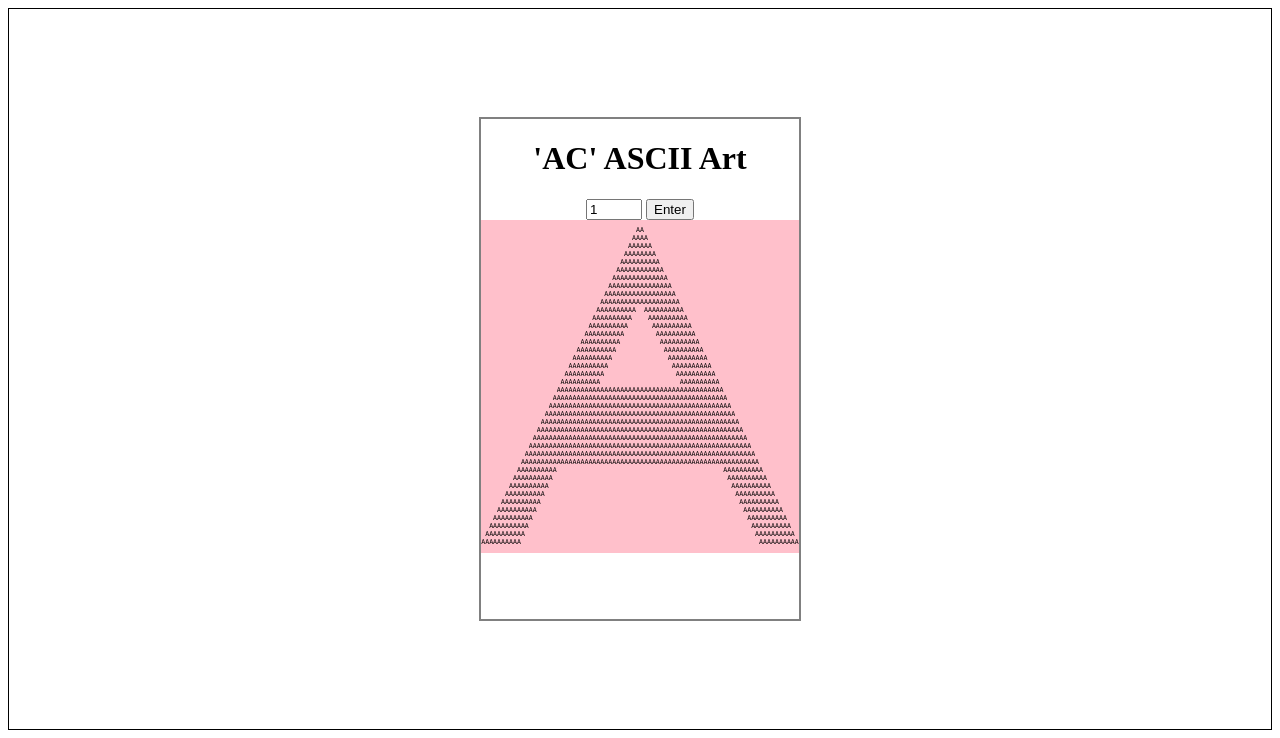
Repository: Achorn/ascii-art
Page: index.html
The author's editor kept a copy of each file at every save. The page is drawn from the files as they stood at one save, then again after the next save.
The browser window is 1280 px wide. The pictures show the whole page.

Above is the page before, as saved 2021-08-09 18:41:34.

After the next save:
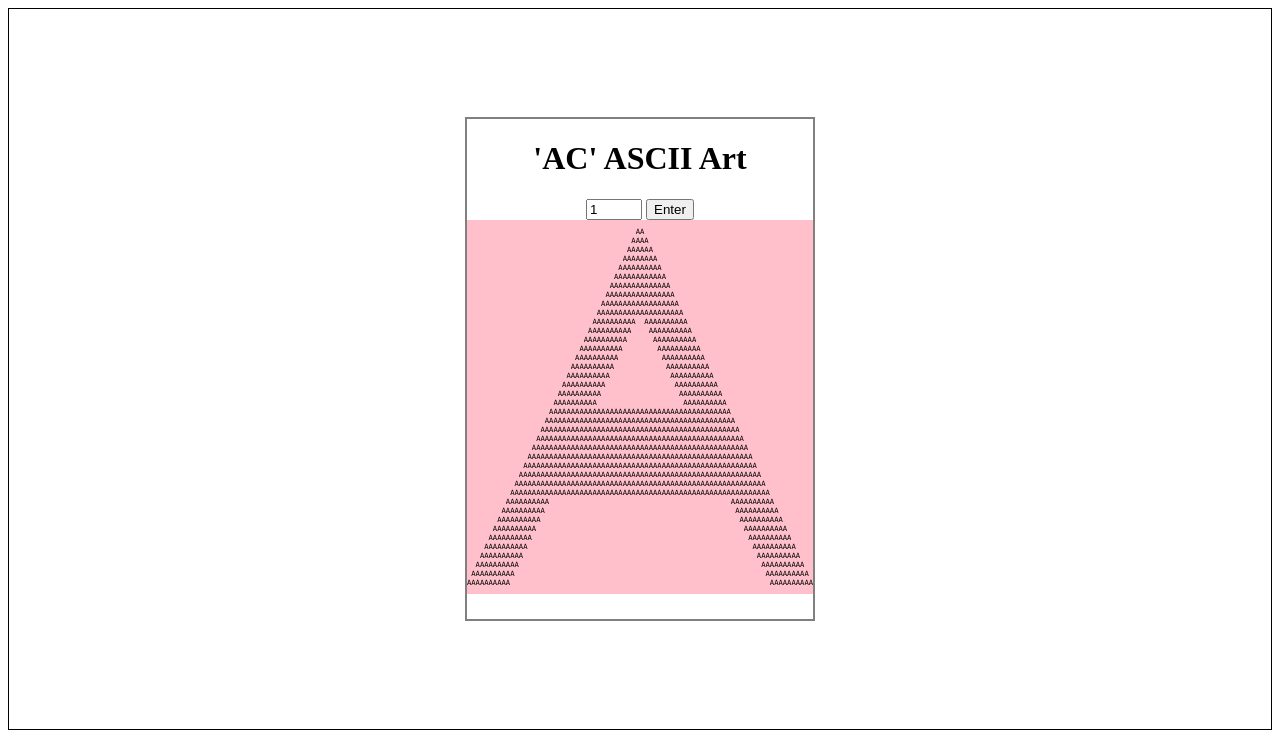
Saved 28 s later.
--- a/myscripts.js
+++ b/myscripts.js
@@ -80,7 +80,7 @@ trimA(scaledFour, scale);
 let scaledEight = scaleSpread(eight, 5);
 trimA(scaledEight, 4);
 // mono.innerHTML = halfArrToString(scaleSpread(four, 7));
-monoA.style.fontSize = `${9 / scale}ex`;
+monoA.style.fontSize = `${9 / scale}ch`;
 // monoC.style.fontSize = `${4 / scale}em`;
 monoA.innerHTML = halfArrToString(scaledFour);
 // monoC.innerHTML = arrToString(scaledEight);
